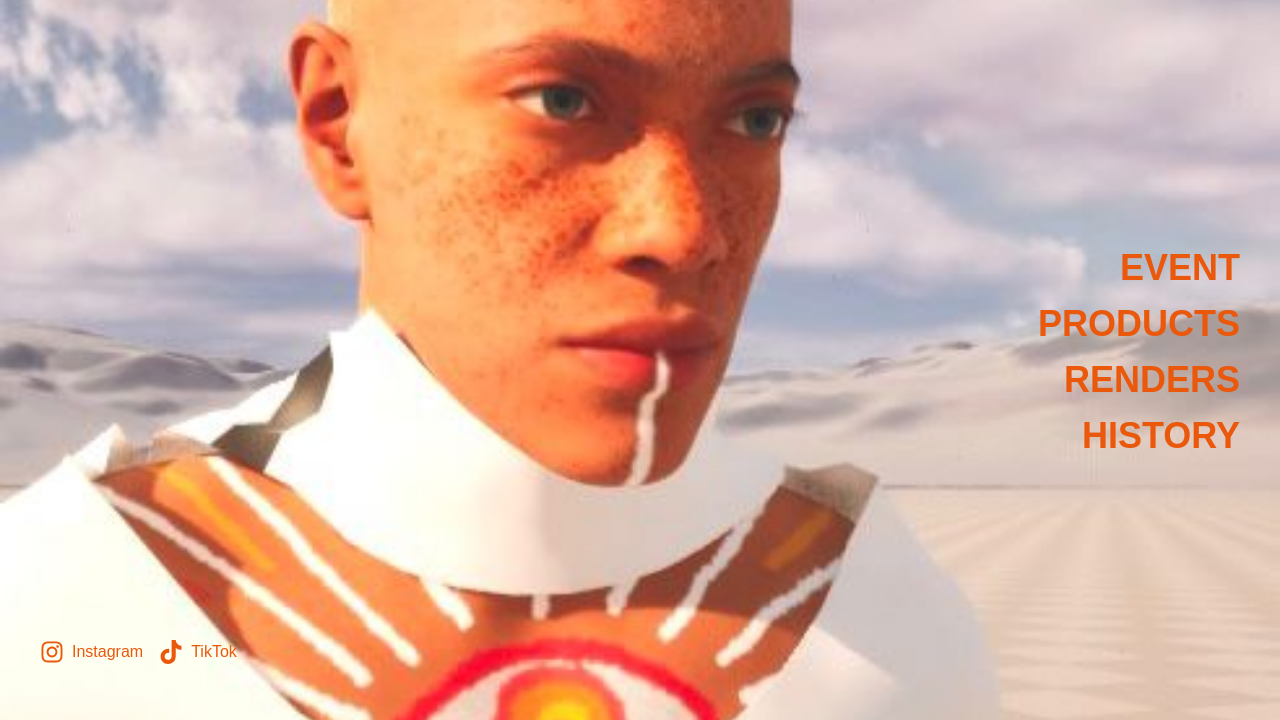
Repository: BOGARTCONCEPT/bogart-web
Page: /
The author's editor kept a copy of each file at every save. The page is drawn from the files as they stood at one save, then again after the next save.
The browser window is 1280 px wide. The pictures show the whole page.
The project was rebuilt for these pictures with package versions that can differ from the ones it lists, and the page was loaded fresh each time. The framework's server and built-in components were replaced by stand-ins that run in the browser. Also part of the build but not shown: next.config.ts.

Above is the page before, as saved 2025-02-11 09:19:47.

### src/app/page.tsx
import HomeComponent from "@/components/HomeComponent";

export default function Home() {
  return (
    <HomeComponent />
  );
}

### src/components/HomeComponent.tsx
import { FontAwesomeIcon } from "@fortawesome/react-fontawesome"
import { faInstagram } from "@fortawesome/free-brands-svg-icons/faInstagram"
import { faTiktok } from "@fortawesome/free-brands-svg-icons/faTiktok"
import Link from "next/link"

const menuItems = [
  { text: "EVENT", url: "https://www.fourvenues.com/es/bogart", enabled: true },
  { text: "PRODUCTS", url: "/products", enabled: false },
  { text: "RENDERS", url: "/renders", enabled: false },
  { text: "HISTORY", url: "/history", enabled: false },
]

export default function HomeComponent() {
  return (
    <div
      className="relative min-h-screen flex flex-col font-geist"
      style={{
        backgroundImage: `url('/imgs/bogart3d.jpeg')`,
        backgroundSize: "cover",
        backgroundRepeat: "no-repeat",
        backgroundPosition: "center",
      }}
    >
      {/* Right side menu */}
      <div className="absolute right-10 top-1/2 transform -translate-y-1/2 text-right">
        {menuItems.map((item, index) => (
          <Link
            key={index}
            href={item.url}
            className="group block mb-4 text-4xl font-bold text-orange-600 hover:text-gray-700 transition-all duration-300 ease-in-out"
          >
            <span className="inline-block transform transition-all duration-300 ease-in-out group-hover:skew-x-12 group-hover:scale-90 origin-right">
              {item.text}
            </span>
          </Link>
        ))}
      </div>

      {/* Bottom social links */}
      <div className="mt-auto w-full flex justify-start items-end p-4 px-10 mb-10">
        <div className="flex space-x-4">
          <a
            href="https://www.instagram.com/bogartconcept/"
            target="_blank"
            rel="noopener noreferrer"
            className="flex items-center space-x-2 text-orange-600 hover:text-gray-700 transition-colors"
          >
            <FontAwesomeIcon icon={faInstagram} className="w-6 h-6" />
            <span>Instagram</span>
          </a>
          <a
            href="https://www.tiktok.com/@bogartconcept"
            target="_blank"
            rel="noopener noreferrer"
            className="flex items-center space-x-2 text-orange-600 hover:text-gray-700 transition-colors"
          >
            <FontAwesomeIcon icon={faTiktok} className="w-6 h-6" />
            <span>TikTok</span>
          </a>
        </div>
      </div>
    </div>
  )
}

Loaded but not shown: src/app/layout.tsx (common file); src/app/globals.css (common file); tailwind.config.ts (common file)

After the next save:
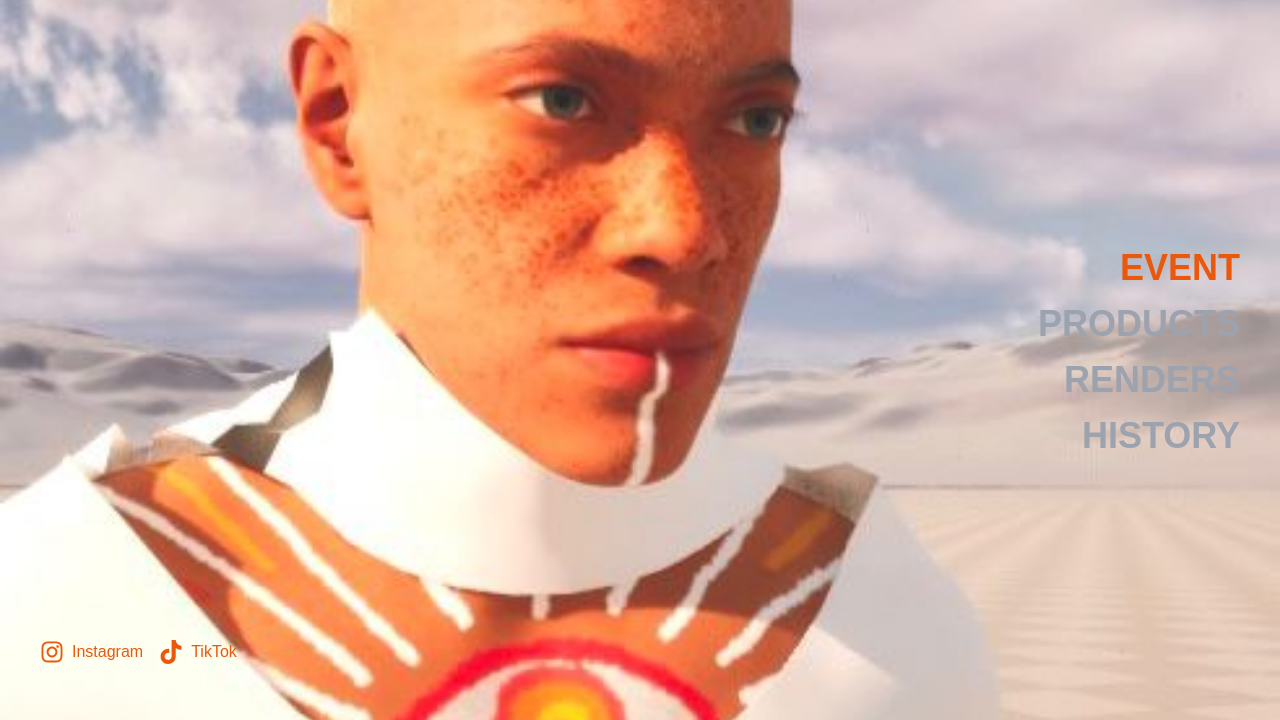
Saved 26 s later.
--- a/src/components/HomeComponent.tsx
+++ b/src/components/HomeComponent.tsx
@@ -24,15 +24,24 @@
       {/* Right side menu */}
       <div className="absolute right-10 top-1/2 transform -translate-y-1/2 text-right">
         {menuItems.map((item, index) => (
-          <Link
-            key={index}
-            href={item.url}
-            className="group block mb-4 text-4xl font-bold text-orange-600 hover:text-gray-700 transition-all duration-300 ease-in-out"
-          >
-            <span className="inline-block transform transition-all duration-300 ease-in-out group-hover:skew-x-12 group-hover:scale-90 origin-right">
+          item.enabled ? ( // Conditionally render Link if enabled is true
+            <Link
+              key={index}
+              href={item.url}
+              className="group block mb-4 text-4xl font-bold text-orange-600 hover:text-gray-700 transition-all duration-300 ease-in-out"
+            >
+              <span className="inline-block transform transition-all duration-300 ease-in-out group-hover:skew-x-12 group-hover:scale-90 origin-right">
+                {item.text}
+              </span>
+            </Link>
+          ) : ( // Render a disabled span if enabled is false
+            <span
+              key={index}
+              className="block mb-4 text-4xl font-bold text-gray-400 cursor-default" // Visually indicate disabled state
+            >
               {item.text}
             </span>
-          </Link>
+          )
         ))}
       </div>
 

After the 3 saves that followed:
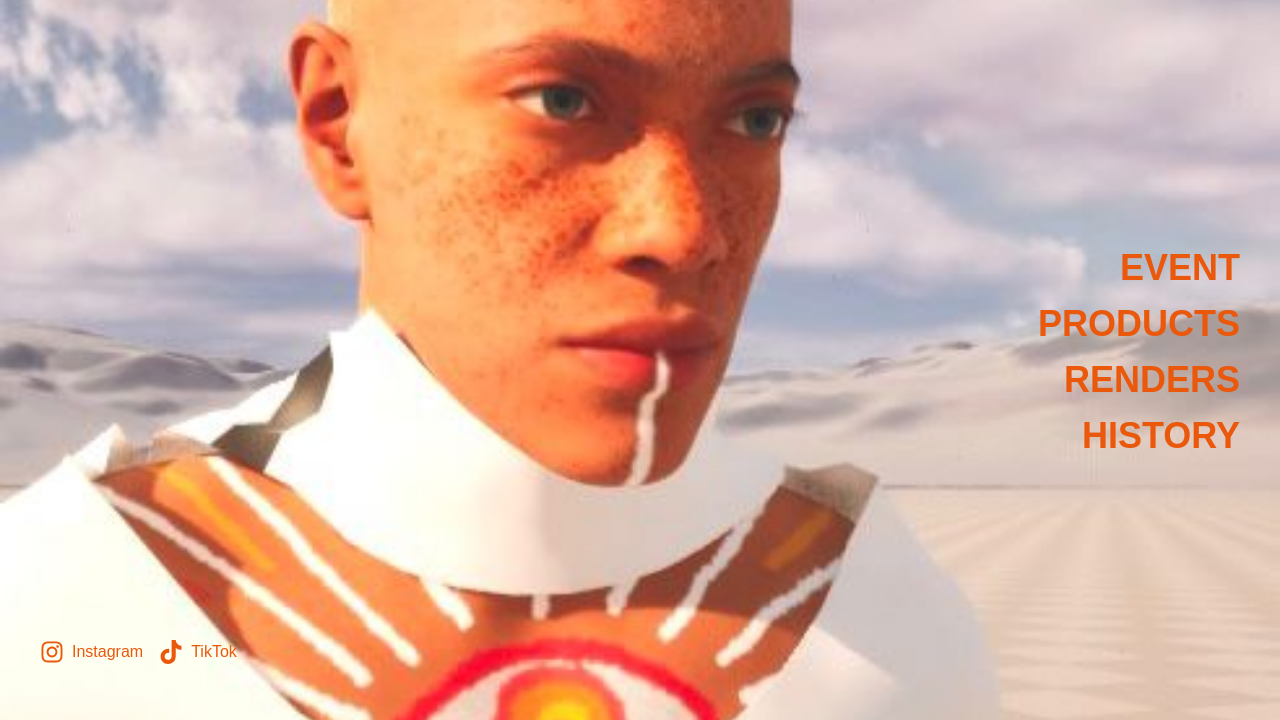
The 3 saves are shown as one change because 1 did not build or start and 1 left the picture as it was.
The last was saved 67 s later.
--- a/src/components/HomeComponent.tsx
+++ b/src/components/HomeComponent.tsx
@@ -24,24 +24,15 @@
       {/* Right side menu */}
       <div className="absolute right-10 top-1/2 transform -translate-y-1/2 text-right">
         {menuItems.map((item, index) => (
-          item.enabled ? ( // Conditionally render Link if enabled is true
-            <Link
-              key={index}
-              href={item.url}
-              className="group block mb-4 text-4xl font-bold text-orange-600 hover:text-gray-700 transition-all duration-300 ease-in-out"
-            >
-              <span className="inline-block transform transition-all duration-300 ease-in-out group-hover:skew-x-12 group-hover:scale-90 origin-right">
-                {item.text}
-              </span>
-            </Link>
-          ) : ( // Render a disabled span if enabled is false
-            <span
-              key={index}
-              className="block mb-4 text-4xl font-bold text-gray-400 cursor-default" // Visually indicate disabled state
-            >
+          <Link
+            key={index}
+            href={item.url}
+            className="group block mb-4 text-4xl font-bold text-orange-600 hover:text-gray-700 transition-all duration-300 ease-in-out"
+          >
+            <span className="inline-block transform transition-all duration-300 ease-in-out group-hover:skew-x-12 group-hover:scale-90 origin-right">
               {item.text}
             </span>
-          )
+          </Link>
         ))}
       </div>
 
